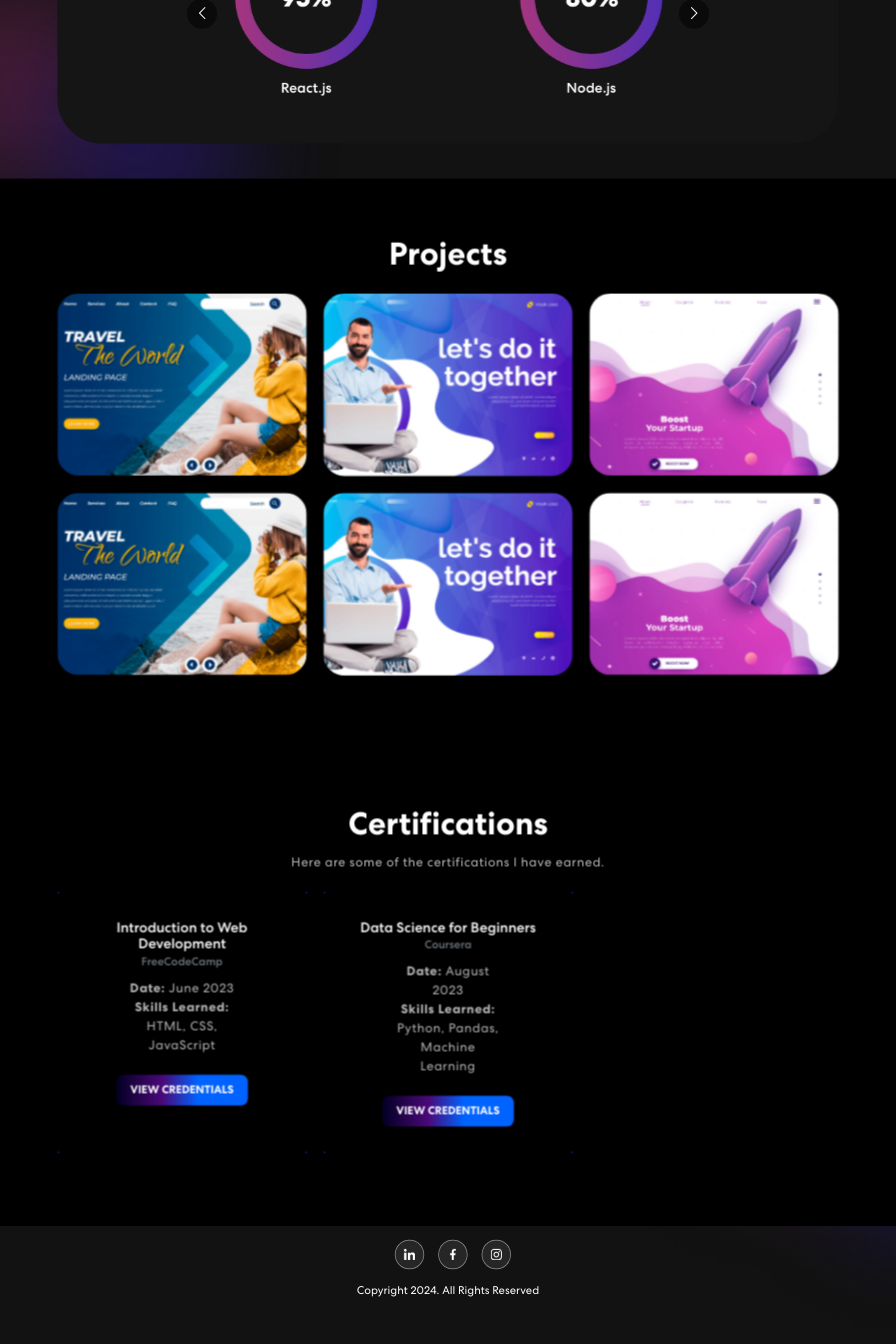
Repository: ChakerChourouk/personal-portfolio
Page: /
An editor plug-in stored every save of this project. The page is shown before and after the next save, followed by the edit.
The browser window is 1280 px wide. The pictures show the part of the page from y = 1123 to 3043 px (the page is 3043 px tall), at 70% of full size.
The project was rebuilt for these pictures with package versions that can differ from the ones it lists, and the page was loaded fresh each time.

Above is the page before, as saved 2024-09-19 20:58:50.

### src/App.js
import logo from './logo.svg';
import './App.css';
import 'bootstrap/dist/css/bootstrap.min.css';
import { NavBar } from "./components/NavBar";
import { Banner } from "./components/Banner";
import { Skills } from "./components/Skills";
import { Projects } from "./components/Projects";
import { Footer } from "./components/Footer";
import { Certifications } from "./components/Certifications";

function App() {
  return (
    <div className="App">
      <NavBar />
      <Banner />
      <Skills />
      <Projects />
      <Certifications/>
      <Footer />
    </div>
  );
}

export default App;

### src/App.css
/************ Custom Font ************/
@font-face {
	font-family: Centra;
	src: url('./assets/font/CentraNo2-Bold.ttf');
	font-weight: 700;
}
@font-face {
	font-family: Centra;
	src: url('./assets/font/CentraNo2-Medium.ttf');
	font-weight: 500;
}
@font-face {
	font-family: Centra;
	src: url('./assets/font/CentraNo2-Book.ttf');
	font-weight: 400;
}

/************ Default Css ************/
* {
  margin: 0;
  padding: 0;
  box-sizing: border-box;
}

html {
  scroll-behavior: smooth;
  scroll-padding-top: 75px;
}

body {
  font-weight: 400;
  overflow-x: hidden;
  position: relative;
  background-color: #121212 !important;
  color: #fff !important;
  font-family: 'Centra', sans-serif !important;
}

h1, h2, h3, h4, h5, h6 {
  margin: 0;
  padding: 0;
  line-height: normal;
}

p, a, li, button, ul {
  margin: 0;
  padding: 0;
  line-height: normal;
  text-decoration: none;
}

a:hover {
  text-decoration: none;
}

img {
  width: 100%;
  height: auto;
}

button {
  border: 0;
  background-color: transparent;
}

input:focus, textarea:focus, select:focus {
  outline: none;
}

@media (min-width:1700px) {
	main .container {
		max-width: 100%;
		padding: 0 150px;
	}
}

p.success {
	color: green;
}

p.danger {
	color: red;
}
/************ Navbar Css ************/
nav.navbar {
  padding: 18px 0;
  position: fixed;
  width: 100%;
  top: 0;
  z-index: 9999;
  transition:  0.32s ease-in-out;
}
nav.navbar.scrolled {
  padding: 0px 0;
  background-color: #121212;
}
nav.navbar a.navbar-brand {
    width: 9%;
}
nav.navbar .navbar-nav .nav-link.navbar-link {
  font-weight: 400;
  color: #fff !important;
  letter-spacing: 0.8px;
  padding: 0 25px;
  font-size: 18px;
  opacity: 0.75;
}
nav.navbar .navbar-nav a.nav-link.navbar-link:hover,
nav.navbar .navbar-nav a.nav-link.navbar-link.active {
    opacity: 1;
}
span.navbar-text {
    display: flex;
    align-items: center;
}
.social-icon {
    display: inline-block;
    margin-left: 14px;
}
.social-icon a {
    width: 42px;
    height: 42px;
    background: rgba(217, 217, 217, 0.1);
    display: inline-flex;
    border-radius: 50%;
    margin-right: 6px;
    align-items: center;
    justify-content: center;
    line-height: 1;
    border: 1px solid rgba(255, 255, 255, 0.5);
}
.social-icon a::before {
    content: "";
    width: 42px;
    height: 42px;
    position: absolute;
    background-color: #ffffff;
    border-radius: 50%;
    transform: scale(0);
	transition: 0.3s ease-in-out;
}
.social-icon a:hover::before {
    transform: scale(1);
}
.social-icon a img {
	width: 40%;
	z-index: 1;
	transition: 0.3s ease-in-out;
}
.social-icon a:hover img {
	filter: brightness(0) saturate(100%) invert(0%) sepia(7%) saturate(98%) hue-rotate(346deg) brightness(95%) contrast(86%);
}
.navbar-text button {
  font-weight: 700;
  color: #fff;
  border: 1px solid #fff;
  padding: 18px 34px;
  font-size: 18px;
  margin-left: 18px;
	position: relative;
	background-color: transparent;
	transition: 0.3s ease-in-out;
}
.navbar-text button span {
  z-index: 1;
}
.navbar-text button::before {
  content: "";
  width: 0%;
  height: 100%;
  position: absolute;
  background-color: #fff;
  left: 0;
  top: 0;
  z-index: -1;
  transition: 0.3s ease-in-out;
}
.navbar-text button:hover {
  color: #121212;
}
.navbar-text button:hover::before {
	content: "";
	width: 100%;
	height: 100%;
	position: absolute;
}
nav.navbar .navbar-toggler:active,
nav.navbar .navbar-toggler:focus {
	outline: none;
    box-shadow: none;
}
nav.navbar .navbar-toggler-icon {
  width: 24px;
  height: 17px;
  background-image: none;
  position: relative;
  border-bottom: 2px solid #fff;
  transition: all 300ms linear;
  top: -2px;
}
nav.navbar .navbar-toggler-icon:focus {
	border-bottom: 2px solid #fff;
}
nav.navbar .navbar-toggler-icon:after,
nav.navbar .navbar-toggler-icon:before {
	width: 24px;
	position: absolute;
	height: 2px;
	background-color: #fff;
	top: 0;
	left: 0;
	content: '';
	z-index: 2;
	transition: all 300ms linear;
}
nav.navbar .navbar-toggler-icon:after {
	top: 8px;
}
nav.navbar .navbar-toggler[aria-expanded="true"] .navbar-toggler-icon:after {
	transform: rotate(45deg);
	background-color: #fff;
	height: 2px;
}
nav.navbar .navbar-toggler[aria-expanded="true"] .navbar-toggler-icon:before {
	transform: translateY(8px) rotate(-45deg);
	background-color: #fff;
	height: 2px;
}
nav.navbar .navbar-toggler[aria-expanded="true"] .navbar-toggler-icon {
	border-color: transparent;
}

/************ Banner Css ************/
.banner {
  margin-top: 0;
  padding: 260px 0 100px 0;
  background-image: url('./assets/img/banner-bg.png');
  background-position: top center;
  background-size: cover;
  background-repeat: no-repeat;
}
.banner .tagline {
  font-weight: 700;
  letter-spacing: 0.8px;
  padding: 8px 10px;
  background: linear-gradient(90.21deg, rgba(170, 54, 124, 0.5) -5.91%, rgba(74, 47, 189, 0.5) 111.58%);
  border: 1px solid rgba(255, 255, 255, 0.5);
  font-size: 20px;
  margin-bottom: 16px;
  display: inline-block;
}
.banner h1 {
  font-size: 65px;
  font-weight: 700;
  letter-spacing: 0.8px;
  line-height: 1;
  margin-bottom: 20px;
  display: block;
}
.banner p {
  color: #B8B8B8;
  font-size: 18px;
  letter-spacing: 0.8px;
  line-height: 1.5em;
  width: 96%;
}
.banner button {
  color: #fff;
  font-weight: 700;
  font-size: 20px;
  margin-top: 60px;
  letter-spacing: 0.8px;
  display: flex;
  align-items: center;
}
.banner button svg {
  font-size: 25px;
  margin-left: 10px;
  transition: 0.3s ease-in-out;
  line-height: 1;
}
.banner button:hover svg {
  margin-left: 25px;
}
.banner img {
  animation: updown 3s linear infinite;
}
@keyframes updown {
    0% {
        transform: translateY(-20px);
    }
    50% {
        transform: translateY(20px);
    }
    100% {
        transform: translateY(-20px);
    }
}
.txt-rotate > .wrap {
  border-right: 0.08em solid #666;
}

/************ Skills Css ************/
.skill {
  padding: 0 0 50px 0;
  position: relative;
}
.skill-bx {
  background: #151515;
  border-radius: 64px;
  text-align: center;
  padding: 60px 50px;
  margin-top: -60px;
}
.skill h2 {
	font-size: 45px;
	font-weight: 700;
}
.skill p {
    color: #B8B8B8;
    font-size: 18px;
    letter-spacing: 0.8px;
    line-height: 1.5em;
    margin: 14px 0 75px 0;
}
.skill-slider {
  width: 80%;
  margin: 0 auto;
  position: relative;
}
.skill-slider .item img {
  width: 50%;
  margin: 0 auto 15px auto;
}
.background-image-left {
  top: 28%;
  position: absolute;
  bottom: 0;
  width: 40%;
  z-index: -4;
}

/************ Projects Css ************/
.project {
  padding: 80px 0;
  position: relative;
  background-color: black;
}
.project h2 {
	font-size: 45px;
	font-weight: 700;
  text-align: center;
}
.project p {
  color: #B8B8B8;
  font-size: 18px;
  letter-spacing: 0.8px;
  line-height: 1.5em;
  margin: 14px auto 30px auto;
  text-align: center;
  width: 56%;
}
.project .nav.nav-pills {
  width: 72%;
  margin: 0 auto;
  border-radius: 50px;
  background-color: rgb(255 255 255 / 10%);
  overflow: hidden;
}
.project .nav.nav-pills .nav-item {
  width: 33.33333%;
}
.project .nav.nav-pills .nav-link {
  background-color: transparent;
  border-radius: 0;
  padding: 17px 0;
  color: #fff;
  width: 100%;
  font-size: 17px;
  letter-spacing: 0.8px;
  font-weight: 500;
  position: relative;
  transition: 0.3s ease-in-out;
  text-align: center;
  z-index: 0;
}
.project .nav.nav-pills .nav-link::before {
    content: "";
    position: absolute;
    width: 0;
    height: 100%;
    background: linear-gradient(90.21deg, #AA367C -5.91%, #4A2FBD 111.58%);
    top: 0;
    left: 0;
    z-index: -1;
    transition: 0.3s ease-in-out;
}
.project .nav.nav-pills .nav-link.active::before {
    width: 100% !important;
}
.project .nav.nav-pills .nav-link.active {
    border: 1px solid rgba(255, 255, 255, 1);
}
.nav-link#projects-tabs-tab-first {
  border: 1px solid rgba(255, 255, 255, 0.5);
  border-radius: 55px 0px 0px 55px;
}
.nav-link#projects-tabs-tab-second {
  border-top: 1px solid rgba(255, 255, 255, 0.5);
  border-bottom: 1px solid rgba(255, 255, 255, 0.5);
}
.nav-link#projects-tabs-tab-third {
  border: 1px solid rgba(255, 255, 255, 0.5);
  border-radius: 0 55px 55px 0;
}
.proj-imgbx {
  position: relative;
  border-radius: 30px;
  overflow: hidden;
  margin-bottom: 24px;
}
.proj-imgbx::before {
  content: "";
  background: linear-gradient(90.21deg, #AA367C -5.91%, #4A2FBD 111.58%);
  opacity: 0.85;
  position: absolute;
  width: 100%;
  height: 0;
  transition: 0.4s ease-in-out;
}
.proj-imgbx:hover::before {
  height: 100%;
}
.proj-txtx {
  position: absolute;
  text-align: center;
  top: 65%;
  left: 50%;
  transform: translate(-50%, -50%);
  transition: 0.5s ease-in-out;
  opacity: 0;
  width: 100%;
}
.proj-imgbx:hover .proj-txtx {
  top: 50%;
  opacity: 1;
}
.proj-txtx h4 {
  font-size: 30px;
  font-weight: 700;
  letter-spacing: 0.8px;
  line-height: 1.1em;
}
.proj-txtx span {
  font-style: italic;
  font-weight: 400;
  font-size: 15px;
  letter-spacing: 0.8px;
}
.background-image-right {
  top: 20%;
  position: absolute;
  bottom: 0;
  width: 35%;
  right: 0;
  z-index: -4;
}

/************ Projects Css ************/
.contact {
  background: linear-gradient(90.21deg, #AA367C -5.91%, #4A2FBD 111.58%);
  padding: 60px 0 200px 0;
}
.contact img {
  width: 92%;
}
.contact h2 {
	font-size: 45px;
	font-weight: 700;
  margin-bottom: 30px;
}
.contact form input, .contact form textarea {
  width: 100%;
  background: rgba(255, 255, 255, 0.1);
  border: 1px solid rgba(255, 255, 255, 0.5);
  border-radius: 20px;
  color: #fff;
  margin: 0 0 8px 0;
  padding: 18px 26px;
  font-weight: 500;
  font-size: 18px;
  letter-spacing: 0.8px;
  transition: 0.3s ease-in-out;
}
.contact form input:focus, .contact form textarea:focus {
  background: rgba(255, 255, 255, 1);
  color: #121212;
}
.contact form input::placeholder, .contact form textarea::placeholder {
  font-size: 16px;
  font-weight: 400;
  color: #fff;
}
.contact form input:focus::placeholder, .contact form textarea:focus::placeholder {
  color: #121212;
  opacity: 0.8;
}
.contact form button {
  font-weight: 700;
  color: #000;
  background-color: #fff;
  padding: 14px 48px;
  font-size: 18px;
  margin-top: 25px;
  border-radius: 0;
  position: relative;
  transition: 0.3s ease-in-out;
}
.contact form button span {
  z-index: 1;
  position: relative;
}
.contact form button:hover {
  color: #fff;
}
.contact form button::before {
  content: "";
  background: #121212;
  width: 0;
  height: 100%;
  position: absolute;
  top: 0;
  left: 0;
  z-index: 0;
  transition: 0.3s ease-in-out;
}
.contact form button:hover::before {
  width: 100%;
}

/************ Footer Css ************/

.footer {
  padding: 20px 0;
}

.social-icon a {
  margin: 0 10px;
}

/* Add margin to create space between icons and the text */
.text-center p {
  margin-top: 20px; /* Adjust the value for more or less space */
}


.welcome {
    font-weight: 400;
    color: #fff !important;
    letter-spacing: 0.8px;
    padding: 0 25px;
    font-size: 18px;
    opacity: 0.75;
}

.card {
  text-align: center;
  padding: 20px;
}

### src/components/NavBar.js
import { useState, useEffect } from "react";
import { Navbar, Nav, Container } from "react-bootstrap";
import {
  BrowserRouter as Router
} from "react-router-dom";

export const NavBar = () => {

  const [activeLink, setActiveLink] = useState('home');
  const [scrolled, setScrolled] = useState(false);

  useEffect(() => {
    const onScroll = () => {
      if (window.scrollY > 50) {
        setScrolled(true);
      } else {
        setScrolled(false);
      }
    }

    window.addEventListener("scroll", onScroll);

    return () => window.removeEventListener("scroll", onScroll);
  }, [])

  const onUpdateActiveLink = (value) => {
    setActiveLink(value);
  }

  return (
    <Router>
      <Navbar expand="md" className={scrolled ? "scrolled" : ""}>
        <Container>
         {/* <Navbar.Brand href="/">
            <img src={logo} alt="Logo" />
          </Navbar.Brand>*/}
          <span className="welcome">Welcome to my Portfolio<span role="img" aria-label="waving hand"> 👋</span> </span>
          <Navbar.Toggle aria-controls="basic-navbar-nav">
            <span className="navbar-toggler-icon"></span>
          </Navbar.Toggle>
          <Navbar.Collapse id="basic-navbar-nav">
            <Nav className="ms-auto">
              <Nav.Link href="#home" className={activeLink === 'home' ? 'active navbar-link' : 'navbar-link'} onClick={() => onUpdateActiveLink('home')}>Home</Nav.Link>
              <Nav.Link href="#skills" className={activeLink === 'skills' ? 'active navbar-link' : 'navbar-link'} onClick={() => onUpdateActiveLink('skills')}>Skills</Nav.Link>
              <Nav.Link href="#projects" className={activeLink === 'projects' ? 'active navbar-link' : 'navbar-link'} onClick={() => onUpdateActiveLink('projects')}>Projects</Nav.Link>
              <Nav.Link href="#contacts" className={activeLink === 'certification' ? 'active navbar-link' : 'navbar-link'} onClick={() => onUpdateActiveLink('certification')}>Certifications</Nav.Link>
              <Nav.Link href="#contacts" className={activeLink === 'contacts' ? 'active navbar-link' : 'navbar-link'} onClick={() => onUpdateActiveLink('projects')}>Contacts</Nav.Link>
            </Nav>
            {/*<span className="navbar-text">
              <div className="social-icon">
                <a href="#"><img src={navIcon1} alt="" /></a>
                <a href="#"><img src={navIcon2} alt="" /></a>
                <a href="#"><img src={navIcon3} alt="" /></a>
              </div>
            </span>*/}
          </Navbar.Collapse>
        </Container>
      </Navbar>
    </Router>
  )
}

### src/components/Projects.js
import { Container, Row, Col, Tab, Nav } from "react-bootstrap";
import { ProjectCard } from "./ProjectCard";
import projImg1 from "../assets/img/project-img1.png";
import projImg2 from "../assets/img/project-img2.png";
import projImg3 from "../assets/img/project-img3.png";
import colorSharp2 from "../assets/img/color-sharp2.png";
import 'animate.css';
import TrackVisibility from 'react-on-screen';

export const Projects = () => {

  const projects = [
    {
      title: "Business Startup",
      description: "Design & Development",
      imgUrl: projImg1,
    },
    {
      title: "Business Startup",
      description: "Design & Development",
      imgUrl: projImg2,
    },
    {
      title: "Business Startup",
      description: "Design & Development",
      imgUrl: projImg3,
    },
    {
      title: "Business Startup",
      description: "Design & Development",
      imgUrl: projImg1,
    },
    {
      title: "Business Startup",
      description: "Design & Development",
      imgUrl: projImg2,
    },
    {
      title: "Business Startup",
      description: "Design & Development",
      imgUrl: projImg3,
    },
  ];

  return (
    <section className="project" id="projects">
      <Container>
        <Row>
          <Col size={12}>
            <TrackVisibility>
              {({ isVisible }) =>
              <div className={isVisible ? "animate__animated animate__fadeIn": ""}>
                <h2>Projects</h2>
                <p>  </p>
                <Tab.Container id="projects-tabs" defaultActiveKey="first">
                  <Tab.Content id="slideInUp" className={isVisible ? "animate__animated animate__slideInUp" : ""}>
                    <Tab.Pane eventKey="first">
                      <Row>
                        {
                          projects.map((project, index) => {
                            return (
                              <ProjectCard
                                key={index}
                                {...project}
                                />
                            )
                          })
                        }
                      </Row>
                    </Tab.Pane>
                  </Tab.Content>
                </Tab.Container>
              </div>}
            </TrackVisibility>
          </Col>
        </Row>
      </Container>
      <img className="background-image-right" src={colorSharp2}></img>
    </section>
  )
}

### src/components/Footer.js
import { Container, Row, Col } from "react-bootstrap";
import logo from "../assets/img/logo.svg";
import navIcon1 from "../assets/img/nav-icon1.svg";
import navIcon2 from "../assets/img/nav-icon2.svg";
import navIcon3 from "../assets/img/nav-icon3.svg";

export const Footer = () => {
  return (
    <footer className="footer" id="contacts" >
      <Container>
        <Row className="align-items-center justify-content-center">
          <Col size={12} sm={6} className="text-center">
            <div className="social-icon">
              <a href="https://www.linkedin.com/in/chaker-chourouk-a32841257/"><img src={navIcon1} alt="Icon" /></a>
              <a href="#"><img src={navIcon2} alt="Icon" /></a>
              <a href="#"><img src={navIcon3} alt="Icon" /></a>
            </div>
            <p>Copyright 2024. All Rights Reserved</p>
          </Col>
        </Row>
      </Container>
    </footer>
  );
};

### src/components/Certifications.js
import { Container, Row, Col, Tab } from "react-bootstrap";
import { ProjectCard } from "./ProjectCard2";
import colorSharp2 from "../assets/img/color-sharp2.png";
import 'animate.css';
import TrackVisibility from 'react-on-screen';

export const Certifications = () => {

  const projects = [
    {
      title: "Introduction to Web Development",
      organization: "FreeCodeCamp",
      date: "June 2023",
      skills: ["HTML", "CSS", "JavaScript"],
      certificateUrl: "https://www.example.com/certificate1",
    },
    {
      title: "Data Science for Beginners",
      organization: "Coursera",
      date: "August 2023",
      skills: ["Python", "Pandas", "Machine Learning"],
      certificateUrl: "https://www.example.com/certificate2",
    },
  ];

  return (
    <section className="project" id="certification">
      <Container>
        <Row>
          <Col size={12}>
            <TrackVisibility>
              {({ isVisible }) =>
              <div className={isVisible ? "animate__animated animate__fadeIn": ""}>
                <h2>Certifications</h2>
                <p>Here are some of the certifications I have earned.</p>
                <Tab.Container id="projects-tabs" defaultActiveKey="first">
                  <Tab.Content id="slideInUp" className={isVisible ? "animate__animated animate__slideInUp" : ""}>
                    <Tab.Pane eventKey="first">
                      <Row>
                        {
                          projects.map((project, index) => {
                            return (
                              <Col key={index} sm={12} md={4} className="mb-4">
                                <ProjectCard
                                  title={project.title}
                                  organization={project.organization}
                                  date={project.date}
                                  skills={project.skills}
                                  certificateUrl={project.certificateUrl}
                                />
                              </Col>
                            );
                          })
                        }
                      </Row>
                    </Tab.Pane>
                  </Tab.Content>
                </Tab.Container>
              </div>}
            </TrackVisibility>
          </Col>
        </Row>
      </Container>
      <img className="background-image-right" src={colorSharp2} alt="Background" />
    </section>
  );
};

### src/components/ProjectCard2.js
import { Card, Button } from "react-bootstrap";
import './ProjectCard2.css'; // Import the CSS file

export const ProjectCard = ({ title, organization, date, skills, certificateUrl }) => {
  return (
    <Card className="custom-card h-100">
      <Card.Body>
        <Card.Title>{title}</Card.Title>
        <Card.Subtitle className="mb-2 text-muted">{organization}</Card.Subtitle>
        <Card.Text>
          <strong>Date:</strong> {date}<br />
          <strong>Skills Learned:</strong> {skills.join(", ")}
        </Card.Text>
        <Button variant="primary" href={certificateUrl} target="_blank" className="rainbow-button">
          View Credentials
        </Button>
      </Card.Body>
    </Card>
  );
};

### src/components/ProjectCard2.css
/* Style for the card */
.custom-card {
    background-color: black;
    border: 2px solid;
    border-image: linear-gradient(90deg, rgba(2,0,36,1) 0%, rgba(76,9,121,1) 35%, rgba(0,99,255,1) 62%);
    border-radius: 15px; /* Rounded corners */
    color: white; /* Text color */
    padding: 20px;
    text-align: center;
    transition: transform 0.2s;
  }

  .custom-card:hover {
    transform: scale(1.05); /* Slight zoom on hover */
  }

  /* Rainbow button */
  .rainbow-button {
    background: rgb(2,0,36);
    background: linear-gradient(90deg, rgba(2,0,36,1) 0%, rgba(76,9,121,1) 35%, rgba(0,99,255,1) 62%);
    border: none;
    color: white;
    border-radius: 10px;
    padding: 10px 20px;
    text-transform: uppercase;
    font-weight: bold;
    transition: background 0.3s ease;
  }

  .rainbow-button:hover {
    background: linear-gradient(90deg, rgba(2,0,36,1) 0%, rgba(76,9,121,1) 35%, rgba(0,212,255,1) 100%);
    color: white;
  }

Loaded but not shown: public/index.html (common file); src/index.js (common file); src/index.css (common file); src/reportWebVitals.js (common file); src/components/ProjectCard.js (common file); src/components/Skills.js (72 lines, source omitted); src/components/Banner.js (75 lines, source omitted)

After the next save:
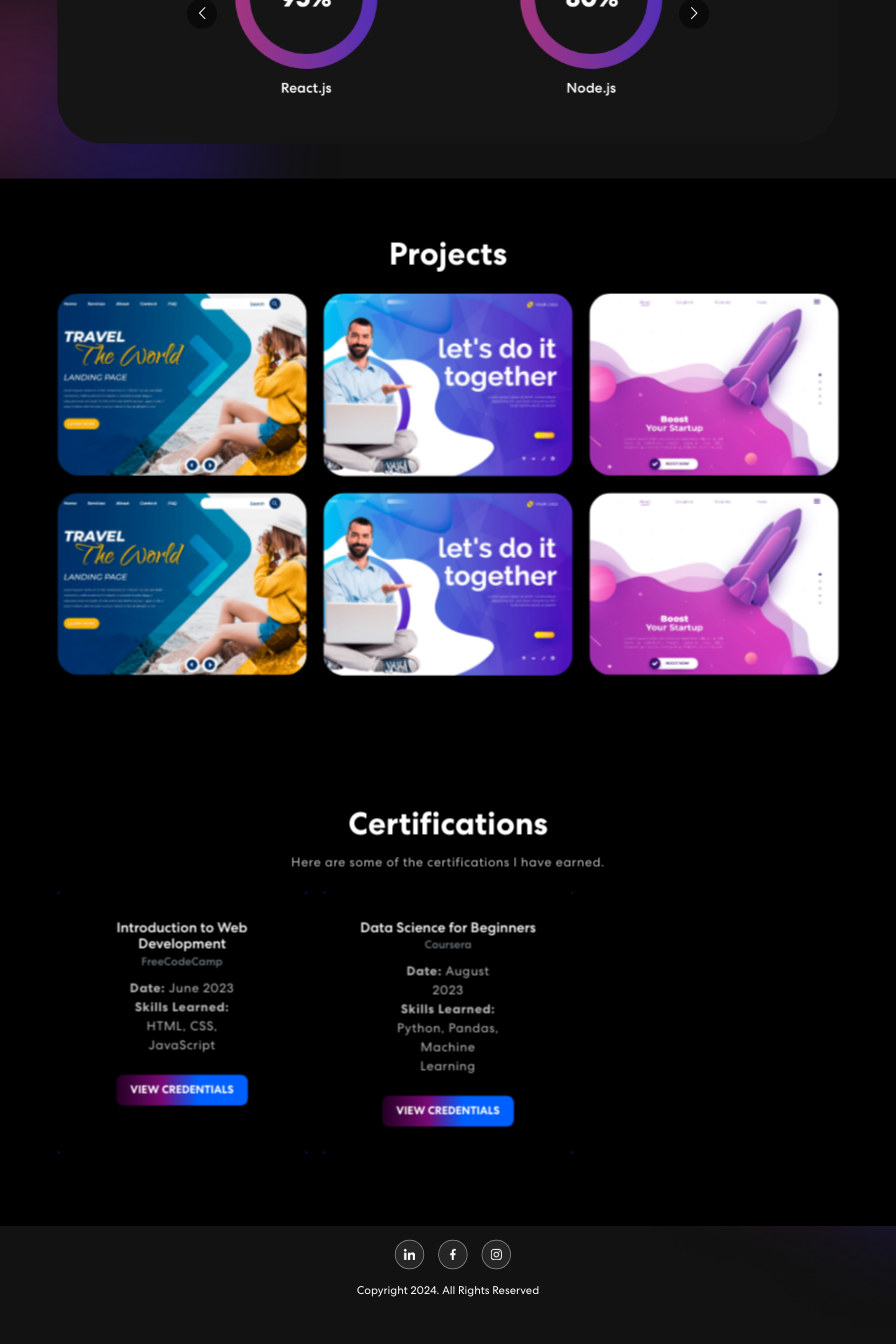
Saved 60 s later.
--- a/src/components/ProjectCard2.css
+++ b/src/components/ProjectCard2.css
@@ -16,8 +16,8 @@
 
   /* Rainbow button */
   .rainbow-button {
-    background: rgb(2,0,36);
-    background: linear-gradient(90deg, rgba(2,0,36,1) 0%, rgba(76,9,121,1) 35%, rgba(0,99,255,1) 62%);
+    background: rgb(36,0,36);
+    background: linear-gradient(90deg, rgba(36,0,36,1) 0%, rgba(121,9,117,1) 35%, rgba(0,95,255,1) 62%);
     border: none;
     color: white;
     border-radius: 10px;
